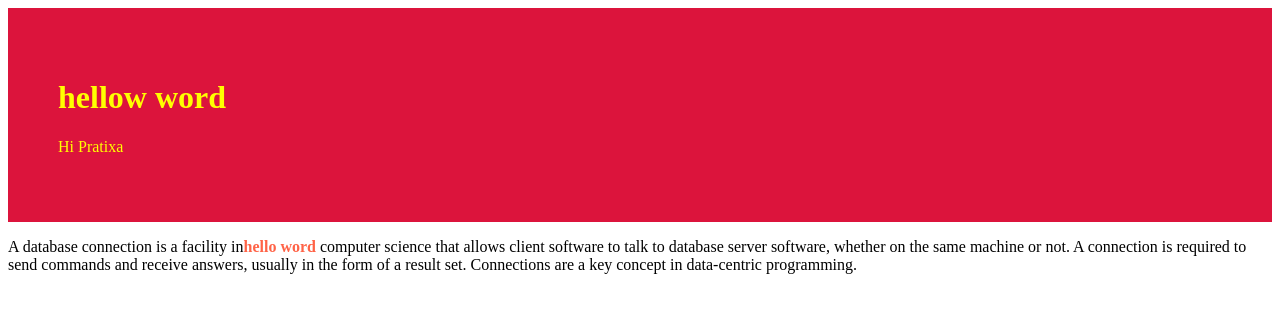
Repository: pratixa-chauhan/practice
Page: style/div.html
These files come from the project's save history. The page is drawn as it stood at one moment and after the next save; the edit follows.
The browser window is 1280 px wide. The pictures show the whole page.

Above is the page before, as saved 2021-12-17 11:57:29.

After the next save:
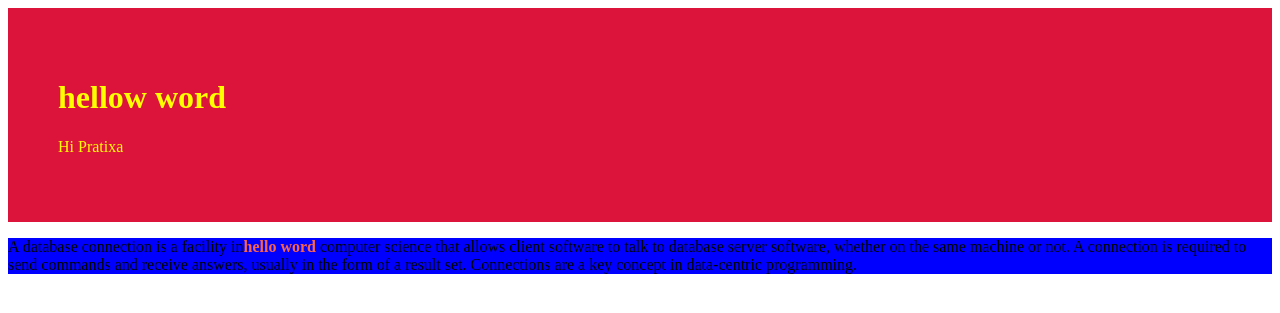
Saved 23 s later.
--- a/style/div.html
+++ b/style/div.html
@@ -8,7 +8,7 @@
             Pratixa
             </p>
         </div>
-        <p style="background-color: white;">
+        <p style="background-color:blue;">
              A database connection is a facility in<span style="color: tomato; font-weight: bold;">hello word</span> computer science that allows client software to talk to database server software, whether on the same machine or not. A connection is required to send commands and receive answers, usually in the form of a result set. Connections are a key concept in data-centric programming.
         </p>
     </body>
